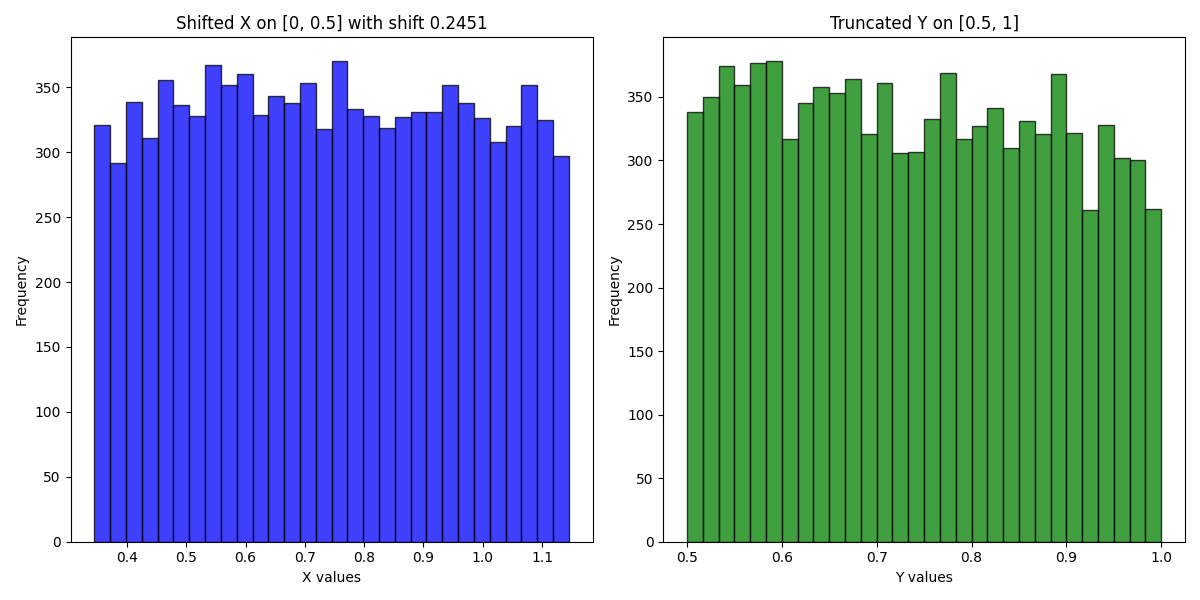
Repository: KrystofM/stealing-part-lm-supplementary-plaid
Script's output: python optimize_logit_queries/askers/shift.py
The author's editor kept a copy of each file at every save. The script's output is drawn from the files as they stood at one save, then again after the next save.
Random numbers start from a fixed seed.

Above is the script's output before, as saved 2024-06-25 00:09:53.

After the next save:
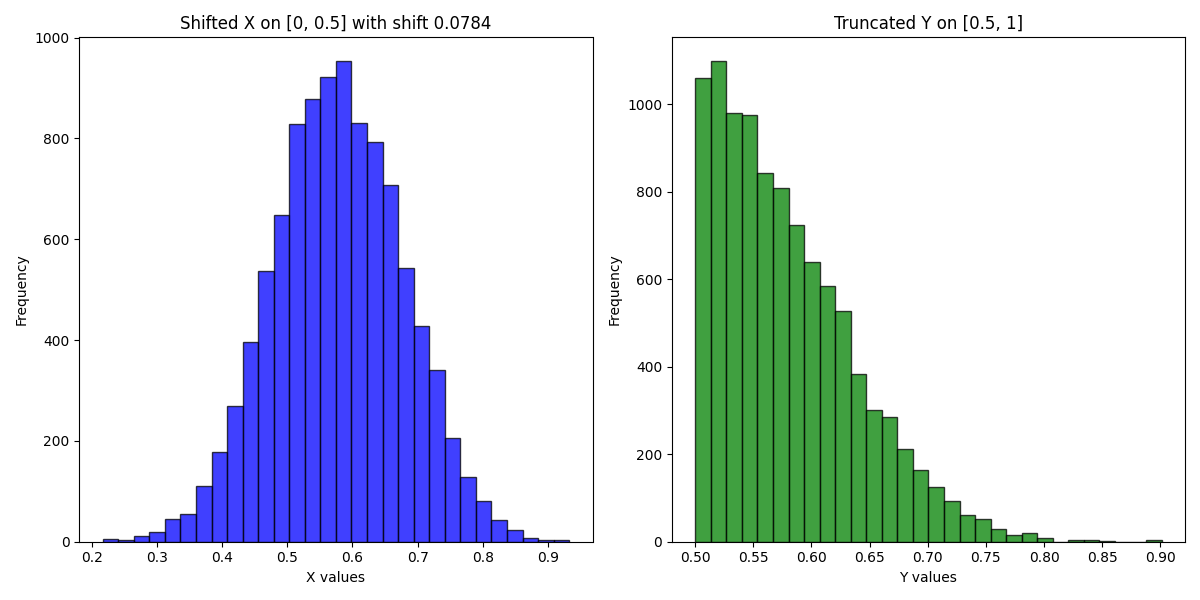
Saved 47 s later.
--- a/optimize_logit_queries/askers/shift.py
+++ b/optimize_logit_queries/askers/shift.py
@@ -12,7 +12,7 @@ def truncated_normal(mean, sigma, lower, upper, size=1):
 
 # Parameters
 mean = 0.5
-sigma = 0.8
+sigma = 0.1
 size = 10000  # Increasing sample size for better accuracy
 
 # Truncate X on [0, 0.5]
